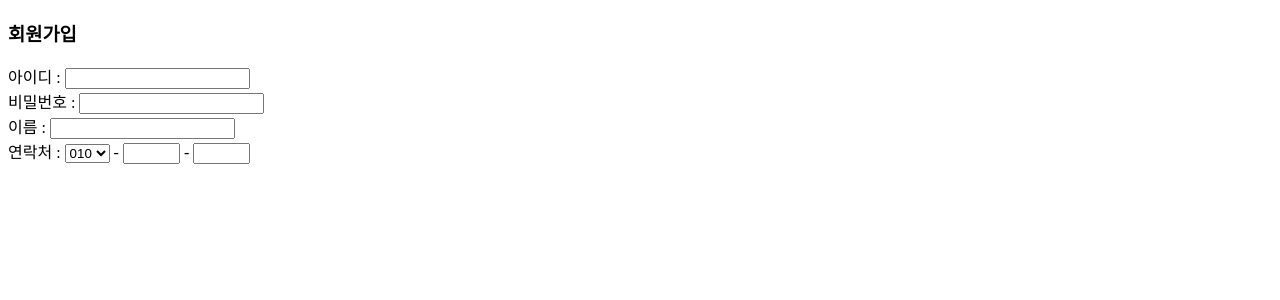
Repository: HyeogDo/Study_Java
Page: http://localhost/Validation/validation_05.jsp
The author's editor kept a copy of each file at every save. The page is drawn from the files as they stood at one save, then again after the next save.
The browser window is 1280 px wide. The pictures show the whole page.
The page is served by Tomcat 9.

Above is the page before, as saved 2022-03-21 07:12:26.

### Servlets/Validation/src/main/webapp/validation_05.jsp
<%@ page language="java" contentType="text/html; charset=UTF-8"
    pageEncoding="UTF-8"%>
<!DOCTYPE html>
<html>
	<head>
		<meta charset="UTF-8">
		<title>Insert title here</title>
	</head>
	<body>
		<h3>회원가입</h3>
		<form action="validation_05p.jsp" name="member" method="post">
			아이디 : <input type="text" name="id"> <br>
			비밀번호 : <input type="password" name="passwd"> <br>
			이름 : <input type="text" name="name"><br>
			연락처 :
			<select name="phone1">
				<option value="010">010</option>
				<option value="011">011</option>
				<option value="016">016</option>
				<option value="017">017</option>
				<option value="018">018</option>
				<option value="019">019</option>
			</select>
			- <input type="text" maxlength="4" size="4" name="phone2">
			- <input type="text" maxlength="4" size="4" name="phone3"><br>

		</form>
	</body>
</html>

After the next save:
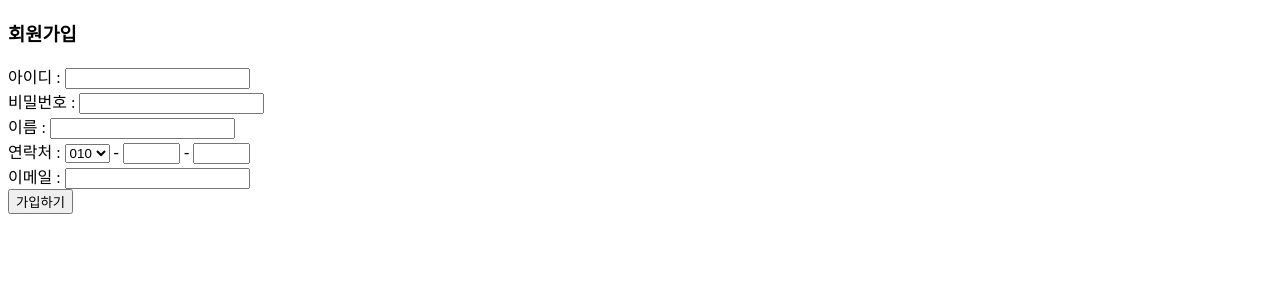
Saved 57 s later.
--- a/Servlets/Validation/src/main/webapp/validation_05.jsp
+++ b/Servlets/Validation/src/main/webapp/validation_05.jsp
@@ -23,7 +23,8 @@
 			</select>
 			- <input type="text" maxlength="4" size="4" name="phone2">
 			- <input type="text" maxlength="4" size="4" name="phone3"><br>
-
+			이메일 : <input type="text" name="email"> <br>
+			<input type="button" value="가입하기" onclick="checkMember()">
 		</form>
 	</body>
 </html>
